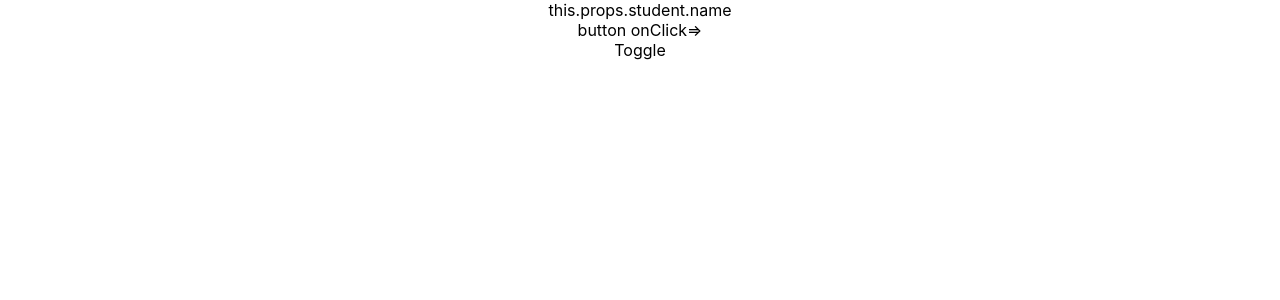
Repository: DrVicki/react-components-props
Page: /
The author's editor kept a copy of each file at every save. The page is drawn from the files as they stood at one save, then again after the next save.
The browser window is 1280 px wide. The pictures show the whole page.
The project was rebuilt for these pictures with package versions that can differ from the ones it lists, and the page was loaded fresh each time.

Above is the page before, as saved 2022-02-09 08:53:36.

### src/App.js
import React from 'react';
import logo from './logo.svg';
import './App.css';
import Button from './Components/Button';
import Toggle from './Components/Toggle';
import Student from './Components/Student';
import { Component } from 'react';

class App extends Component {

  //pick a random student
  pickRandonStudent = () => {
    alert('a random student has been picked');
  }
  render() {
    return (
      <div className="App">
        <Student student={{name: 'Vicki Bealman'}} />
        <Button handleClicked={this.pickRandomStudent} />
        <Toggle />
      </div>
    );
}
}

export default App;

### src/Components/Button.js
//here is a boilerplate component structure
import React, { Component } from 'react';
class Button extends Component {
    state = { }
   render() {
      return (
          <div>button onClick={this.props.handleClicked}>

          </div>
      );
   }
}
export default Button ;

### src/Components/Toggle.js
//here is a boilerplate component structure
import React, { Component } from 'react';
class Toggle extends Component {
    state = { }
   render() {
      return (
          <div>Toggle</div>
      );
   }
}
export default Toggle ;

### src/Components/Student.js
//here is a boilerplate component structure
import React, { Component } from 'react';
class Student extends Component {
    state = { }
   render() {
      return (
          <div>this.props.student.name</div>
      );
   }
}
export default Student ;

Loaded but not shown: public/index.html (common file); src/index.js (common file); src/index.css (common file); src/reportWebVitals.js (common file); src/App.css (common file)

After the next save:
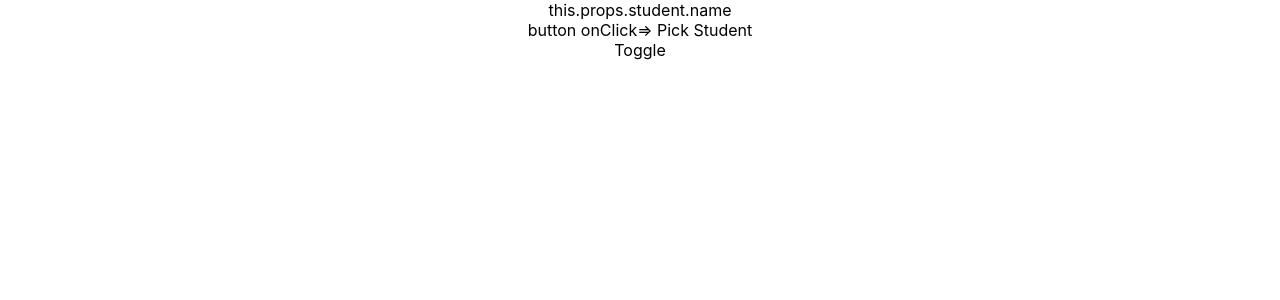
Saved 9 s later.
--- a/src/Components/Button.js
+++ b/src/Components/Button.js
@@ -5,7 +5,7 @@ class Button extends Component {
    render() {
       return (
           <div>button onClick={this.props.handleClicked}>
-
+          Pick Student
           </div>
       );
    }
